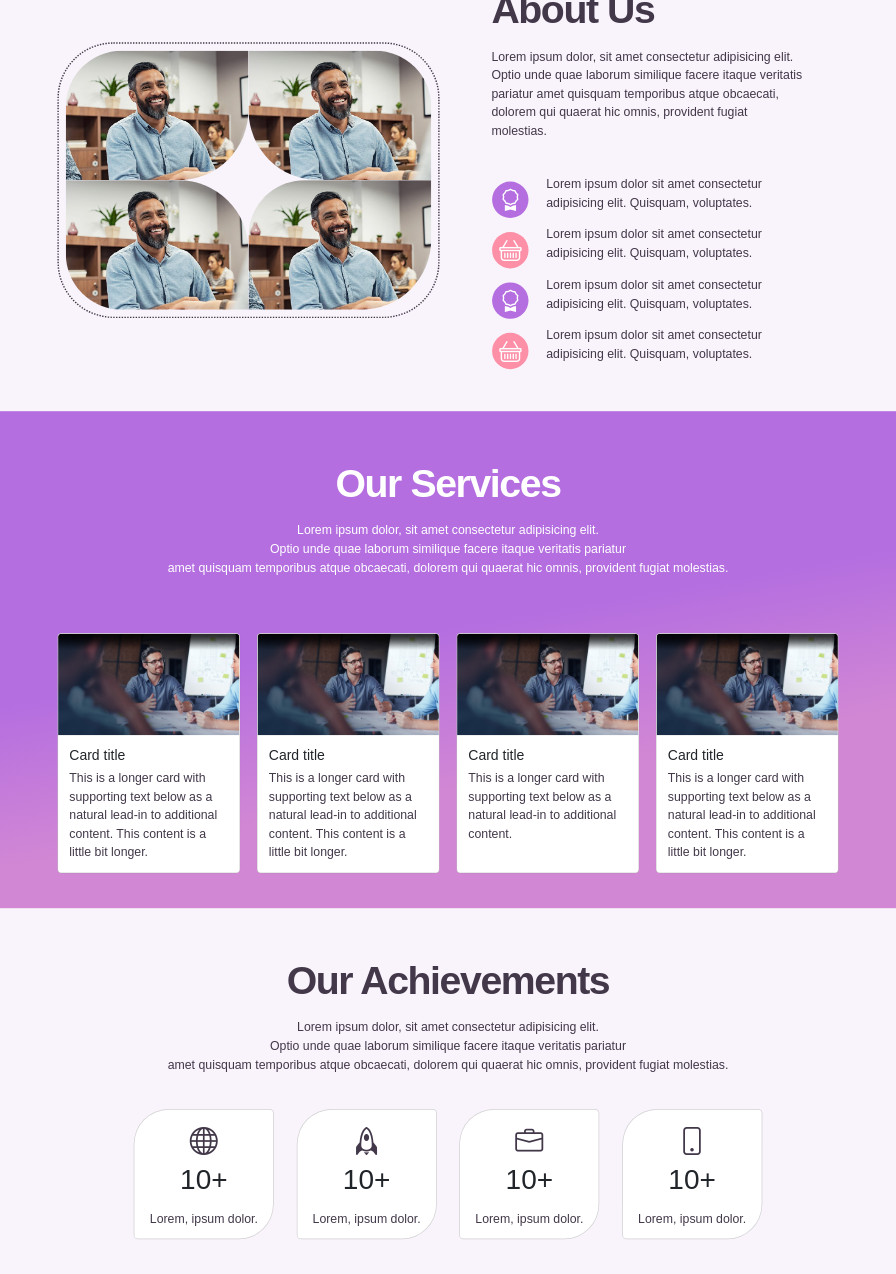
Repository: tagnam/project27012025
Page: index.html
These files come from the project's save history. The page is drawn as it stood at one moment and after a run of saves; the edit follows.
The browser window is 1280 px wide. The pictures show the part of the page from y = 829 to 2749 px (the page is 2649 px tall before and 2749 px after), at 70% of full size.

Above is the page before, as saved 2025-01-28 12:32:52.

### index.html
<!DOCTYPE html>
<html lang="en">
    <head>
        <meta charset="UTF-8" />
        <meta name="viewport" content="width=device-width, initial-scale=1.0" />
        <link href="https://cdn.jsdelivr.net/npm/bootstrap@5.3.3/dist/css/bootstrap.min.css" rel="stylesheet" integrity="sha384-QWTKZyjpPEjISv5WaRU9OFeRpok6YctnYmDr5pNlyT2bRjXh0JMhjY6hW+ALEwIH" crossorigin="anonymous" />
        <link rel="stylesheet" href="style/css/index.css" />
        <link rel="stylesheet" href="style/css/animation.css" />
        <link rel="stylesheet" href="style/css/responsive.css" />
        <title>project27012025</title>
    </head>
    <body>
        <header>
            <!-- --------------------------------------------start nav bar ------------------------------->
            <nav class="navbar navbar-expand-lg custom-nav">
                <div class="container">
                    <div class="collapse navbar-collapse justify-content-between" id="navbarSupportedContent">
                        <a class="navbar-brand" href="#">Navbar</a>
                        <ul class="navbar-nav">
                            <li class="nav-item">
                                <a class="nav-link" href="#"><i class="bi bi-facebook"></i></a>
                            </li>
                            <li class="nav-item">
                                <a class="nav-link" href="#"><i class="bi bi-instagram"></i></a>
                            </li>
                            <li class="nav-item">
                                <a class="nav-link" href="#"><i class="bi bi-twitter"></i></a>
                            </li>
                        </ul>
                        <div class="d-flex">
                            <div class="menu-container" type="button" data-bs-toggle="offcanvas" data-bs-target="#offcanvasExample" aria-controls="offcanvasExample">
                                <span class="span-menu-01 menu-icon"></span>
                                <span class="span-menu-02 menu-icon"></span>
                                <span class="span-menu-03 menu-icon"></span>
                            </div>
                        </div>
                    </div>
                </div>
            </nav>

            <!-- ------------------------------start offcanvas ---------------------------------------->
            <div class="offcanvas offcanvas-start" tabindex="-1" id="offcanvasExample" aria-labelledby="offcanvasExampleLabel">
                <div class="offcanvas-header">
                    <h5 class="offcanvas-title" id="offcanvasExampleLabel">Offcanvas</h5>
                    <button type="button" class="btn-close text-reset" data-bs-dismiss="offcanvas" aria-label="Close"></button>
                </div>
                <div class="offcanvas-body">
                    <div>
                        Some text as placeholder. In real life you can have the elements you have chosen. Like, text, images, lists, etc.
                    </div>
                    <div class="dropdown mt-3">
                        <button class="btn btn-secondary dropdown-toggle" type="button" id="dropdownMenuButton" data-bs-toggle="dropdown">
                            Dropdown button
                        </button>
                        <ul class="dropdown-menu" aria-labelledby="dropdownMenuButton">
                            <li><a class="dropdown-item" href="#">Action</a></li>
                            <li><a class="dropdown-item" href="#">Another action</a></li>
                            <li><a class="dropdown-item" href="#">Something else here</a></li>
                        </ul>
                    </div>
                </div>
            </div>
            <!-- -----------------------------end offcanvas ------------------------------------------->
            <!------------------------------------------------ end navbar ----------------------------->
        </header>
        <section class="hero-section">
            <div class="container" style="height: 100%;">
                <div class="row">
                    <div class="col-lg-6 col-md-6 col-sm-12">
                        <div class="banner-content">
                            <h1>Lorem ipsum dolor dolor sit amet, consectetur</h1>
                            <p>
                                Lorem ipsum dolor sit amet, consectetur adipisicing elit. Doloribus in culpa ipsa, amet ad<br />
                                eveniet. Fugiat architecto atque consequuntur repellendus!
                            </p>
                            <button class="btn btn-primary">Get Started</button>
                        </div>
                    </div>
                    <div class="col-lg-6 col-md-6 col-sm-12">
                        <div class="banner-img d-flex justify-content-end">
                            <img src="image/hero-banner-01.webp" class="w-100" alt="" />
                        </div>
                    </div>
                </div>

            </div>
        </section>
        <section class="client-section">
            <div class="container-fluid">
                <div class="row row-cols-3 row-cols-md-6 g-4">
                    <div class="col client-logo">
                        <a class="navbar-brand w-25" href="#">Navbar</a>
                    </div>
                    <div class="col client-logo">
                        <a class="navbar-brand w-25" href="#">Navbar</a>
                    </div>
                    <div class="col client-logo">
                        <a class="navbar-brand w-25" href="#">Navbar</a>
                    </div>
                    <div class="col client-logo">
                        <a class="navbar-brand w-25" href="#">Navbar</a>
                    </div>
                    <div class="col client-logo">
                        <a class="navbar-brand w-25" href="#">Navbar</a>
                    </div>
                    <div class="col client-logo">
                        <a class="navbar-brand w-25" href="#">Navbar</a>
                    </div>
                </div>
            </div>
        </section>

        <section>
            <div class="container">
                <div class="row">
                    <div class="col-lg-6 col-md-6 col-sm-12">
                        <div class="about-row row row-cols-1 row-cols-md-2 g-0">
                            <div class="col">
                                <div class="img">
                                    <img src="image/elearning-08.jpg" class="about-row-img-01 w-100" alt="" />
                                </div>
                            </div>
                            <div class="col">
                                <div class="img">
                                    <img src="image/elearning-08.jpg" class="about-row-img-02 w-100" alt="" />
                                </div>
                            </div>
                            <div class="col">
                                <div class="img">
                                    <img src="image/elearning-08.jpg" class="about-row-img-03 w-100" alt="" />
                                </div>
                            </div>
                            <div class="col">
                                <div class="img">
                                    <img src="image/elearning-08.jpg" class="about-row-img-04 w-100" alt="" />
                                </div>
                            </div>
                        </div>
                    </div>
                    <div class="col-lg-6 col-md-6 col-sm-12">
                        <div class="about-content">
                            <div class="main-heading">
                                <h2>About Us</h2>
                                <p>
                                    Lorem ipsum dolor, sit amet consectetur adipisicing elit. Optio unde quae laborum similique facere itaque veritatis pariatur amet quisquam temporibus atque obcaecati, dolorem qui quaerat hic omnis,
                                    provident fugiat molestias.
                                </p>
                            </div>
                            <div class="about-list">
                                <div class="row">
                                    <div class="col-md-2">
                                        <div class="about-icon">
                                            <i class="bi bi-award"></i>
                                        </div>
                                    </div>
                                    <div class="col-md-10">
                                        <div class="about-text">
                                            <p>Lorem ipsum dolor sit amet consectetur adipisicing elit. Quisquam, voluptates.</p>
                                        </div>
                                    </div>
                                </div>
                                <div class="row">
                                    <div class="col-md-2">
                                        <div class="about-icon">
                                            <i class="bi bi-basket"></i>
                                        </div>
                                    </div>
                                    <div class="col-md-10">
                                        <div class="about-text">
                                            <p>Lorem ipsum dolor sit amet consectetur adipisicing elit. Quisquam, voluptates.</p>
                                        </div>
                                    </div>
                                </div>
                                <div class="row">
                                    <div class="col-md-2">
                                        <div class="about-icon">
                                            <i class="bi bi-award"></i>
                                        </div>
                                    </div>
                                    <div class="col-md-10">
                                        <div class="about-text">
                                            <p>Lorem ipsum dolor sit amet consectetur adipisicing elit. Quisquam, voluptates.</p>
                                        </div>
                                    </div>
                                </div>
                                <div class="row">
                                    <div class="col-md-2">
                                        <div class="about-icon">
                                            <i class="bi bi-basket"></i>
                                        </div>
                                    </div>
                                    <div class="col-md-10">
                                        <div class="about-text">
                                            <p>Lorem ipsum dolor sit amet consectetur adipisicing elit. Quisquam, voluptates.</p>
                                        </div>
                                    </div>
                                </div>
                            </div>
                        </div>
                    </div>
                </div>
            </div>
        </section>
        <section class="service-section">
                <div class="container">
                    <div class="main-heading-white">
                        <h2>Our Services</h2>
                        <p>
                            Lorem ipsum dolor, sit amet consectetur adipisicing elit.<br> Optio unde quae laborum similique facere itaque veritatis pariatur <br>amet quisquam temporibus atque obcaecati, dolorem qui quaerat hic omnis,
                            provident fugiat molestias.
                        </p>
                    </div>
                    <div class="row row-cols-1 row-cols-md-4 g-4">
                        <div class="col">
                          <div class="card h-100">
                            <img src="image/business-banner.jpg" class="card-img-top" alt="...">
                            <div class="card-body">
                              <h5 class="card-title">Card title</h5>
                              <p class="card-text">This is a longer card with supporting text below as a natural lead-in to additional content. This content is a little bit longer.</p>
                            </div>
                          </div>
                        </div>
                        <div class="col">
                          <div class="card h-100">
                            <img src="image/business-banner.jpg" class="card-img-top" alt="...">
                            <div class="card-body">
                              <h5 class="card-title">Card title</h5>
                              <p class="card-text">This is a longer card with supporting text below as a natural lead-in to additional content. This content is a little bit longer.</p>
                            </div>
                          </div>
                        </div>
                        <div class="col">
                          <div class="card h-100">
                            <img src="image/business-banner.jpg" class="card-img-top" alt="...">
                            <div class="card-body">
                              <h5 class="card-title">Card title</h5>
                              <p class="card-text">This is a longer card with supporting text below as a natural lead-in to additional content.</p>
                            </div>
                          </div>
                        </div>
                        <div class="col">
                          <div class="card h-100">
                            <img src="image/business-banner.jpg" class="card-img-top" alt="...">
                            <div class="card-body">
                              <h5 class="card-title">Card title</h5>
                              <p class="card-text">This is a longer card with supporting text below as a natural lead-in to additional content. This content is a little bit longer.</p>
                            </div>
                          </div>
                        </div>
                      </div>
                </div>
        </section>
        <section class="counter-section" style="padding: 50px 0px;">
            <div class="container">
                <div class="main-heading" style="margin-bottom: 50px; text-align: center;">
                    <h2>Our Achievements</h2>
                    <p>
                        Lorem ipsum dolor, sit amet consectetur adipisicing elit.<br> Optio unde quae laborum similique facere itaque veritatis pariatur <br>amet quisquam temporibus atque obcaecati, dolorem qui quaerat hic omnis,
                        provident fugiat molestias.
                    </p>
                </div>
                <div class="row justify-content-center">
                    <div class="col-lg-10 ">
                        <div class="row  g-1 justify-content-center">
                            <div class="col" style="display: flex; justify-content: center;">
                                <div class="card counter-card" >
                                    <div class="counter">
                                        <div class="counter-icon">
                                            <i class="bi bi-globe"></i>
                                        </div>
                                        <h1 class="counter-title">10+</h1>
                                        <p class="counter-text">Lorem, ipsum dolor.</p>
                                    </div>
                                </div>
                            </div>
                            <div class="col" style="display: flex; justify-content: center;">
                                <div class="card counter-card" >
                                    <div class="counter">
                                        <div class="counter-icon">
                                            <i class="bi bi-rocket"></i>
                                        </div>
                                        <h1 class="counter-title">10+</h1>
                                        <p class="counter-text">Lorem, ipsum dolor.</p>
                                    </div>
                                </div>
                            </div>
                            <div class="col" style="display: flex; justify-content: center;">
                                <div class="card counter-card" >
                                    <div class="counter">
                                        <div class="counter-icon">
                                            <i class="bi bi-briefcase"></i>
                                        </div>
                                        <h1 class="counter-title">10+</h1>
                                        <p class="counter-text">Lorem, ipsum dolor.</p>
                                    </div>
                                </div>
                            </div>
                            <div class="col" style="display: flex; justify-content: center;">
                                <div class="card counter-card" >
                                    <div class="counter">
                                            <i class="bi bi-phone"></i>

                                        <h1 class="counter-title">10+</h1>
                                        <p class="counter-text">Lorem, ipsum dolor.</p>
                                    </div>
                                </div>
                            </div>
                        </div>
                    </div>
                </div>
            </div>
        </section>
        <section class="testimonial-section">
            <div class="contianer">

            </div>
        </section>
        <script src="https://cdn.jsdelivr.net/npm/bootstrap@5.3.3/dist/js/bootstrap.bundle.min.js" integrity="sha384-YvpcrYf0tY3lHB60NNkmXc5s9fDVZLESaAA55NDzOxhy9GkcIdslK1eN7N6jIeHz" crossorigin="anonymous"></script>
        <script src="style/js/custom.js"></script>
    </body>
</html>

### style/css/index.css
@import url("https://cdn.jsdelivr.net/npm/bootstrap-icons@1.11.3/font/bootstrap-icons.min.css");

*{
 margin: 0;
padding: 0;
box-sizing: border-box;
}

:root{
    --dark-color:#423849;
    --semi-dark-color:#b46ee0;
    --light-color:#fd8fa7;
    --white-color:#fff;
    --main-heading-font-size: 3.5rem;
    --subheading-font-size: 2rem;
    --paragraph-font-size: 1.1rem;
    --body-background-color: #f9f3fb;
}

p{
    margin: 0;
    font-size: var(--paragraph-font-size);
    color: var(--dark-color);
    line-height: 1.5;


}

body{
    font-family: 'Poppins', sans-serif;
    background-color: var(--body-background-color);

}

/* header{
    position: fixed;
    top: 0;
    z-index: 1000;
width: 100%;
} */

.navbar-brand{
    font-size: 1.5rem;
    font-weight: 800;
    color: var(--dark-color);
}

.menu-icon{
    display: block;
    width: 40px;
    height: 6px;
    background-color: var(--dark-color);
    margin: 3px auto;
    border-radius: 20px;
    cursor: pointer;
}


.nav-link .bi{
    font-size: 1.5rem;
    color: var(--dark-color);
}

.banner-content{
    margin: 100px auto;
    padding-right: 100px;
}

.banner-content h1{
    color: var(--dark-color);
    font-weight: 800;
    /* font-size: 55px; */
    font-size: var(--main-heading-font-size);
    letter-spacing: -2px;
    margin: 50px 0px;
}
/* .hero-section{
   background-image: url(/image/business-banner.jpg);
    background-size: cover;
    background-position: center;
    height: 100vh;
} */

.banner-footer-text p{
    color: var(--dark-color);

}


.client-section{
    background: linear-gradient(-190deg, rgba(180,110,224,1) 45%, rgba(210,135,212,1) 70%);
    padding: 20px 0px;
    overflow: hidden;
}

.client-logo{
    display: flex;
    justify-content: center;
    align-items: center;
    flex-wrap: wrap;
    color: var(--white-color);
}
.about-row {
    border: 2px dotted var(--dark-color);
    padding: 10px;
    border-radius: 80px;
    margin-top: 150px;
}

.about-row-img-01{
    border-top-left-radius: 80px;
    border-bottom-right-radius: 100px;
}


.about-row-img-02{
    border-top-right-radius: 80px;
    border-bottom-left-radius: 100px;
}

.about-row-img-03{
    border-bottom-left-radius: 80px;
    border-top-right-radius: 100px;
}

.about-row-img-04{
    border-top-left-radius: 80px;
    border-bottom-right-radius: 100px;
}


.about-content{
    padding: 50px;
}

.main-heading h2{
    color: var(--dark-color);
    font-weight: 800;
    /* font-size: 55px; */
    font-size: var(--main-heading-font-size);
    letter-spacing: -2px;
    margin: 20px 0px;
}

.about-list{
    margin-top: 50px;
}

.about-icon{
    display: flex;
    justify-content: center;
    align-items: center;
}

.about-icon .bi{
    font-size: 2rem;
    color: var(--white-color);
    display: flex;
}

.about-icon .bi-award{
    background-color: var(--semi-dark-color);
    padding: 10px;
    margin: 10px;
    border-radius: 55px;

}

.about-icon .bi-basket{
    background-color: var(--light-color);
    padding: 10px;
    margin: 10px;
    border-radius: 55px;

}

.service-section{
    background: linear-gradient(-190deg, rgba(180,110,224,1) 45%, rgba(210,135,212,1) 70%);
    padding: 50px 0px;
}
.main-heading-white{
    margin-bottom: 80px;
}

.main-heading-white h2{
    color: var(--white-color);
    font-weight: 800;
    /* font-size: 55px; */
    font-size: var(--main-heading-font-size);
    letter-spacing: -2px;
    margin: 20px 0px;
    text-align: center ;

}

.main-heading-white p{
    color: var(--white-color);
    font-size: var(--paragraph-font-size);
    text-align: center;
}

.counter-card{
    width: 200px;
    /* height: 200px; */
    display: flex;
    justify-content: center;
    align-items: center;
    padding: 15px;
    border-top-left-radius: 50px;
    border-bottom-right-radius: 50px;
}

.counter{
  text-align: center;

}

.counter .bi{
    font-size: 2.5rem;
    color: var(--dark-color);
    display: flex;
    margin: 10px;
    justify-content: center;
    align-items: center;
    flex-wrap: wrap ;

}

.counter-text{
    margin-top: 20px;
}

Loaded but not shown: style/js/custom.js (no copy from this time; the picture is the same without it); style/css/animation.css (no stored copy; drawn as an empty file); style/css/responsive.css (no stored copy; drawn as an empty file)

After the next 3 saves:
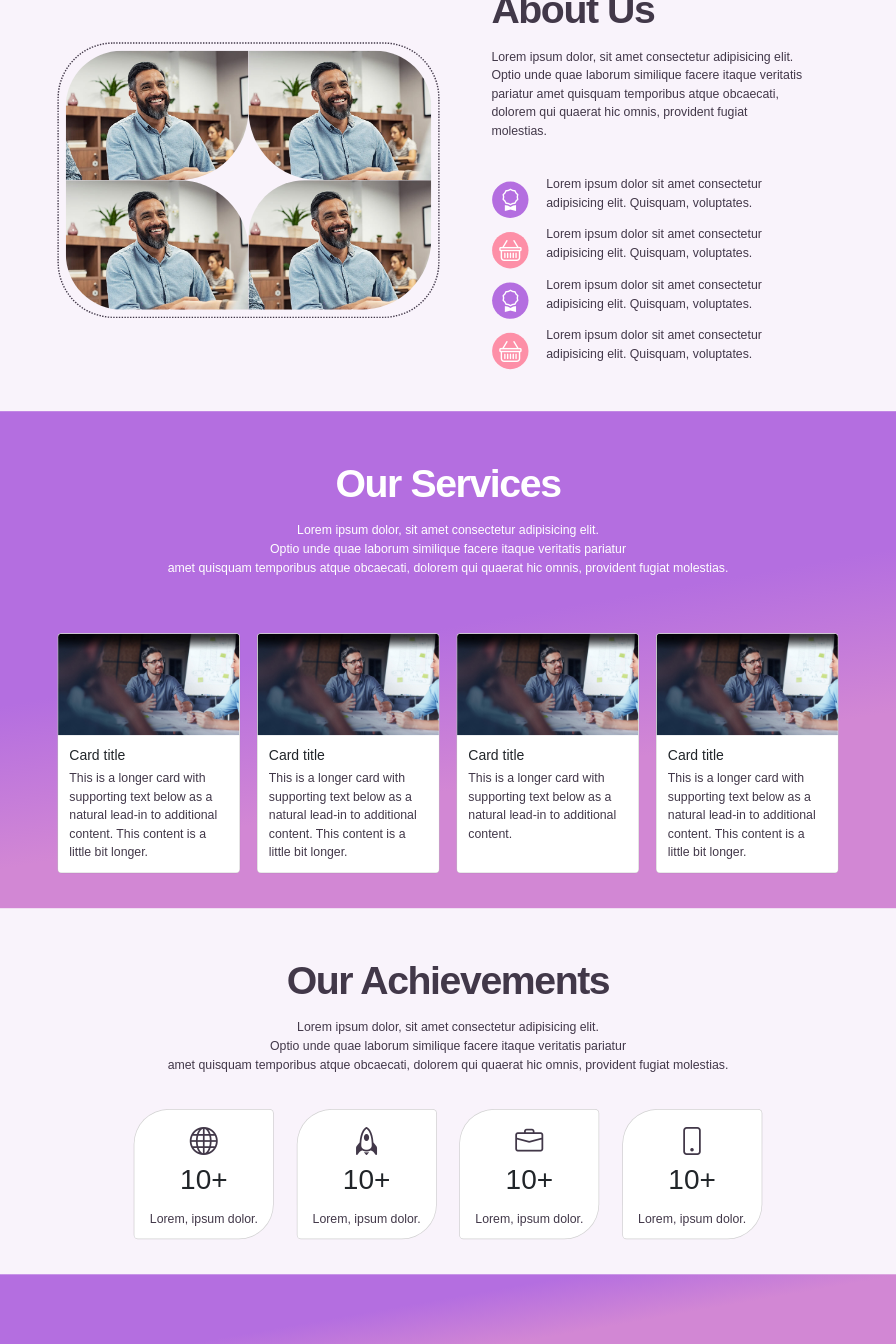
The 3 saves are shown as one change because they came seconds apart.
The last was saved 14 s later.
--- a/style/css/index.css
+++ b/style/css/index.css
@@ -229,3 +229,9 @@ width: 100%;
 .counter-text{
     margin-top: 20px;
 }
+
+
+.testimonial-section{
+    background: linear-gradient(-190deg, rgba(180,110,224,1) 45%, rgba(210,135,212,1) 70%);
+    padding: 50px 0px;
+}
